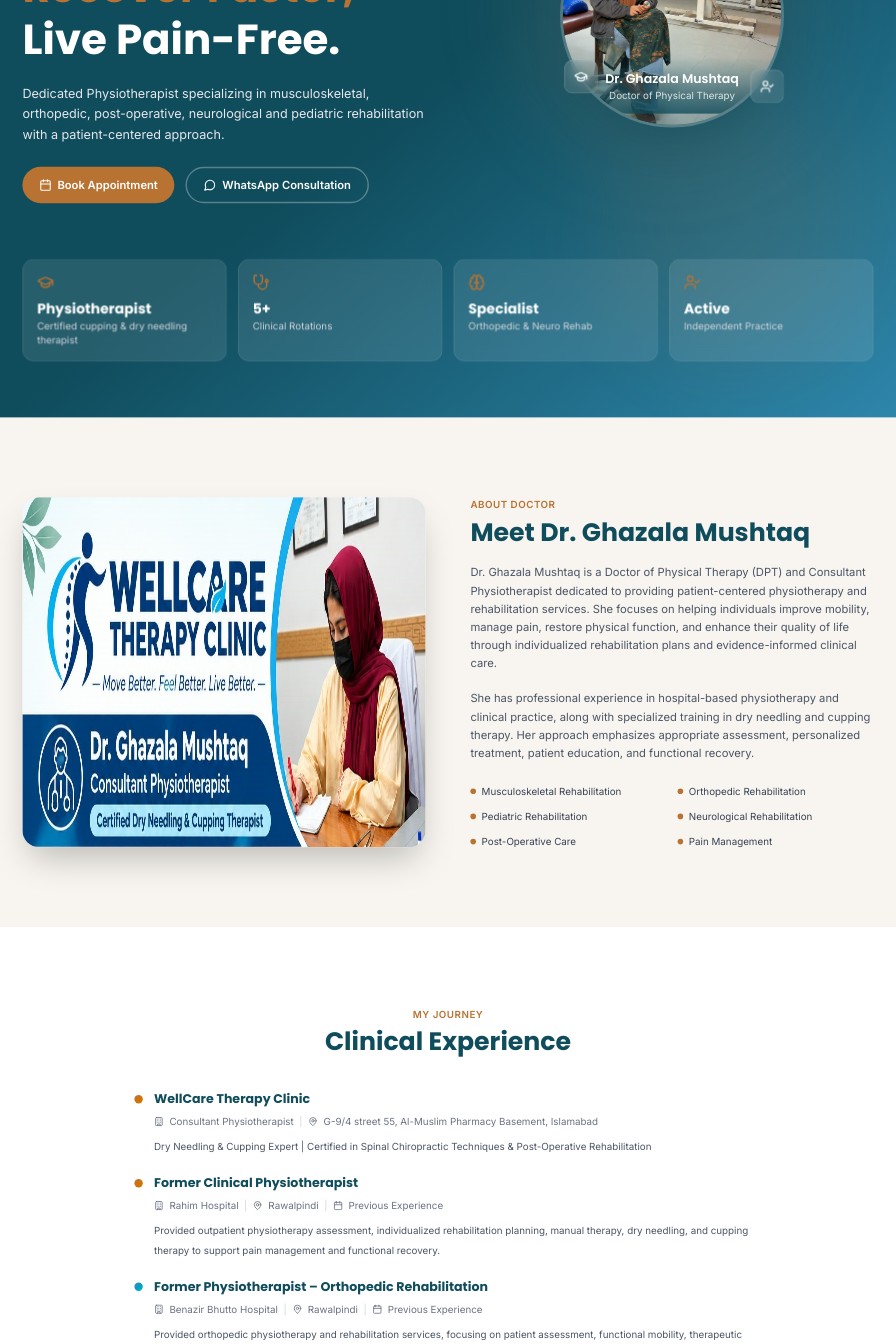
Repository: DaniGull01/dr_ghazala_mushtaq
Page: /
These files come from the project's save history. The page is drawn as it stood at one moment and after the next save; the edit follows.
The browser window is 1280 px wide. The pictures show the part of the page from y = 405 to 2325 px (the page is 12307 px tall), at 70% of full size.
The project was rebuilt for these pictures with package versions that can differ from the ones it lists, and the page was loaded fresh each time. Also part of the build but not shown: vite.config.js.

Above is the page before, as saved 2026-10-21 19:56:21.

### index.html
<!doctype html>
<html lang="en">
  <head>
    <meta charset="UTF-8" />
    <link rel="icon" type="image/svg+xml" href="/vite.svg" />
    <meta name="viewport" content="width=device-width, initial-scale=1.0" />
    <meta name="description" content="Dr. Ghazala Mushtaq - Doctor of Physical Therapy (DPT). Specializing in musculoskeletal, orthopedic, neurological and pediatric rehabilitation." />
    <meta name="keywords" content="physiotherapist, physical therapy, DPT, rehabilitation, Islamabad, Rawalpindi" />
    <link rel="preconnect" href="https://fonts.googleapis.com" />
    <link rel="preconnect" href="https://fonts.gstatic.com" crossorigin />
    <link href="https://fonts.googleapis.com/css2?family=Inter:wght@300;400;500;600;700&family=Poppins:wght@400;500;600;700;800&display=swap" rel="stylesheet" />
    <title>Dr. Ghazala Mushtaq | Doctor of Physical Therapy</title>
  </head>
  <body>
    <div id="root"></div>
    <script type="module" src="/src/main.jsx"></script>
  </body>
</html>

### src/App.jsx
import Navbar from './components/Navbar'
import Hero from './components/Hero'
import About from './components/About'
import Expertise from './components/Expertise'
import Services from './components/Services'
import Experience from './components/Experience'
import Certifications from './components/Certifications'
import Research from './components/Research'
import Skills from './components/Skills'
import Achievements from './components/Achievements'
import WhyChooseMe from './components/WhyChooseMe'
import CTA from './components/CTA'
import Contact from './components/Contact'
import Footer from './components/Footer'
import Reviews from './components/Reviews'

export default function App() {
  return (
    <div className="min-h-screen bg-white">
      <Navbar />
      <Hero />
      <About />
      <Experience />
      <Expertise />
      <Services />

      <Certifications />
      <Research />
      <Skills />
      <Achievements />
      <WhyChooseMe />
       <Reviews/>
      <CTA />
      <Contact />
      <Footer />
    </div>
  )
}

### src/index.css
@import "tailwindcss";

@theme {
  --color-deep-teal: #0F4C5C;
  --color-medical-blue: #2E86AB;
  --color-warm-copper: #B87333;
  --color-light-cream: #F8F5F0;
  --color-soft-gray: #6B7280;

  --font-heading: 'Poppins', sans-serif;
  --font-body: 'Inter', sans-serif;
}

html {
  scroll-behavior: smooth;
}

body {
  font-family: var(--font-body);
  color: #1f2937;
}

::-webkit-scrollbar {
  width: 8px;
}

::-webkit-scrollbar-track {
  background: #f1f1f1;
}

::-webkit-scrollbar-thumb {
  background: var(--color-medical-blue);
  border-radius: 4px;
}

::selection {
  background: var(--color-medical-blue);
  color: white;
}

### src/components/About.jsx
import { motion } from 'framer-motion'
import { Quote } from 'lucide-react'

const fadeUp = {
  hidden: { opacity: 0, y: 40 },
  visible: { opacity: 1, y: 0 },
}

export default function About() {
  return (
    <section id="about" className="py-20 lg:py-28 bg-light-cream">
      <div className="max-w-7xl mx-auto px-4 sm:px-6 lg:px-8">
        <div className="grid lg:grid-cols-2 gap-12 lg:gap-16 items-center">
          {/* Left - Image Placeholder */}
          <motion.div
            initial="hidden"
            whileInView="visible"
            viewport={{ once: true, margin: '-100px' }}
            variants={fadeUp}
            transition={{ duration: 0.6 }}
            className="relative"
          >
            <div className="relative rounded-3xl overflow-hidden shadow-2xl">
              <div className="w-full h-[500px]">
                <img
                  src="./About-pic.jpeg"
                  alt="Dr. Ghazala Mushtaq"
                  className="w-full h-full object-fit"
                />
                {/* Gradient overlay */}

              </div>
            </div>
            {/* Decorative elements */}
            <div className="absolute -bottom-4 -right-4 w-24 h-24 border-2 border-warm-copper/30 rounded-2xl -z-10" />
            <div className="absolute -top-4 -left-4 w-24 h-24 bg-warm-copper/10 rounded-2xl -z-10" />
          </motion.div>

          {/* Right - Content */}
          <motion.div
            initial="hidden"
            whileInView="visible"
            viewport={{ once: true, margin: '-100px' }}
            variants={fadeUp}
            transition={{ duration: 0.6, delay: 0.2 }}
          >
            <span className="text-warm-copper font-semibold text-sm tracking-wider uppercase">About Doctor</span>
            <h2 className="text-3xl lg:text-4xl font-heading font-bold text-deep-teal mt-2 mb-6">
              Meet Dr. Ghazala Mushtaq
            </h2>
            <p className="text-gray-600 leading-relaxed mb-6">
             Dr. Ghazala Mushtaq is a Doctor of Physical Therapy (DPT) and Consultant Physiotherapist dedicated to providing patient-centered physiotherapy and rehabilitation services. She focuses on helping individuals improve mobility, manage pain, restore physical function, and enhance their quality of life through individualized rehabilitation plans and evidence-informed clinical care.
            </p>
            <p className="text-gray-600 leading-relaxed mb-8">
              She has professional experience in hospital-based physiotherapy and clinical practice, along with specialized training in dry needling and cupping therapy. Her approach emphasizes appropriate assessment, personalized treatment, patient education, and functional recovery.
            </p>

            <div className="grid grid-cols-2 gap-4">
              {[
                'Musculoskeletal Rehabilitation',
                'Orthopedic Rehabilitation',
                'Pediatric Rehabilitation',
                'Neurological Rehabilitation',
                'Post-Operative Care',
                'Pain Management',
              ].map((item, i) => (
                <motion.div
                  key={item}
                  initial={{ opacity: 0, x: -20 }}
                  whileInView={{ opacity: 1, x: 0 }}
                  viewport={{ once: true }}
                  transition={{ delay: 0.3 + i * 0.1 }}
                  className="flex items-center gap-2 text-gray-700"
                >
                  <div className="w-2 h-2 rounded-full bg-warm-copper flex-shrink-0" />
                  <span className="text-sm">{item}</span>
                </motion.div>
              ))}
            </div>
          </motion.div>
        </div>
      </div>
    </section>
  )
}

### src/components/Experience.jsx

import { Building, MapPin, Calendar } from 'lucide-react'

const experiences = [
   {
    title: 'WellCare Therapy Clinic',
    org: 'Consultant Physiotherapist',
    location: 'G-9/4 street 55, Al-Muslim Pharmacy Basement, Islamabad',
    period: '',
    description:
      'Dry Needling & Cupping Expert | Certified in Spinal Chiropractic Techniques & Post-Operative Rehabilitation',
    color: 'from-warm-copper to-amber-600',
  },
  {
    period: 'Previous Experience',
    title: 'Former Clinical Physiotherapist',
    org: 'Rahim Hospital',
    location: 'Rawalpindi',
    description:
      'Provided outpatient physiotherapy assessment, individualized rehabilitation planning, manual therapy, dry needling, and cupping therapy to support pain management and functional recovery.',
    color: 'from-warm-copper to-amber-600',
  },
  {
    period: 'Previous Experience',
    title: 'Former Physiotherapist – Orthopedic Rehabilitation',
    org: 'Benazir Bhutto Hospital',
    location: 'Rawalpindi',
    description:
      'Provided orthopedic physiotherapy and rehabilitation services, focusing on patient assessment, functional mobility, therapeutic exercises, and individualized rehabilitation planning to support recovery and improve physical function.',
    color: 'from-medical-blue to-cyan-500',
  },
  {
    period: 'Nov 2025 – Mar 2026',
    title: 'Physiotherapist',
    org: 'National Institute of Rehabilitation Medicine (NIRM)',
    location: 'Islamabad',
    description:
      'Gained clinical experience in orthopedic and neurological rehabilitation, patient assessment, treatment planning, monitoring progress, and clinical documentation.',
    color: 'from-purple-500 to-violet-500',
  }
]
export default function Experience() {
  return (
    <section id="experience" className="py-20 lg:py-28 bg-white">
      <div className="max-w-7xl mx-auto px-4 sm:px-6 lg:px-8">
        <div className="text-center mb-12">
          <span className="text-warm-copper font-semibold text-sm tracking-wider uppercase">
            My Journey
          </span>

          <h2 className="text-3xl lg:text-4xl font-heading font-bold text-deep-teal mt-2">
            Clinical Experience
          </h2>
        </div>

        <div className="max-w-4xl mx-auto">
          <ul className="space-y-6">
            {experiences.map((exp) => (
              <li key={exp.title} className="flex items-start gap-4">
                <div
                  className={`mt-2 w-3 h-3 rounded-full bg-gradient-to-br ${exp.color} flex-shrink-0`}
                />

                <div className="flex-1">
                  <h3 className="text-lg font-heading font-bold text-deep-teal mb-2">
                    {exp.title}
                  </h3>

                  <div className="flex flex-wrap items-center gap-2 text-gray-500 text-sm mb-3">
                    <Building size={14} />
                    <span>{exp.org}</span>

                    {exp.location && (
                      <>
                        <span className="text-gray-300">|</span>
                        <MapPin size={14} />
                        <span>{exp.location}</span>
                      </>
                    )}

                    {exp.period && (
                      <>
                        <span className="text-gray-300">|</span>
                        <Calendar size={14} />
                        <span>{exp.period}</span>
                      </>
                    )}
                  </div>

                  <p className="text-gray-600 text-sm leading-7">
                    {exp.description}
                  </p>
                </div>
              </li>
            ))}
          </ul>
        </div>
      </div>
    </section>
  )
}

### src/components/CTA.jsx
import { motion } from 'framer-motion'
import { Calendar, MessageCircle } from 'lucide-react'

export default function CTA() {
  return (
    <section className="relative py-24 lg:py-32 overflow-hidden">
      {/* Background */}
      <div className="absolute inset-0 bg-gradient-to-br from-deep-teal via-deep-teal to-medical-blue" />

      {/* Medical Background Image */}
      <div
        className="absolute inset-0 opacity-10"
        style={{
          backgroundImage: "url('https://images.unsplash.com/photo-1576091160399-112ba8d25d1d?w=1920&q=80')",
          backgroundSize: 'cover',
          backgroundPosition: 'center',
        }}
      />

      {/* Abstract Medical Shapes */}
      <div className="absolute inset-0 opacity-10">
        <div className="absolute top-10 left-10 w-64 h-64 border border-white/30 rounded-full" />
        <div className="absolute bottom-10 right-10 w-80 h-80 border border-white/20 rounded-full" />
        <div className="absolute top-1/2 left-1/2 -translate-x-1/2 -translate-y-1/2 w-96 h-96 border border-white/10 rounded-full" />
        <div className="absolute top-20 right-20 w-48 h-48 bg-white/10 rounded-full blur-3xl" />
        <div className="absolute bottom-20 left-20 w-56 h-56 bg-warm-copper/20 rounded-full blur-3xl" />
        {/* Cross/plus medical symbols */}
        <div className="absolute top-1/4 left-1/4 text-white/20 text-6xl font-light">+</div>
        <div className="absolute bottom-1/4 right-1/4 text-white/20 text-6xl font-light">+</div>
      </div>

      <div className="relative max-w-4xl mx-auto px-4 sm:px-6 lg:px-8 text-center">
        <motion.div
          initial={{ opacity: 0, y: 30 }}
          whileInView={{ opacity: 1, y: 0 }}
          viewport={{ once: true }}
          transition={{ duration: 0.6 }}
        >
          <h2 className="text-3xl sm:text-4xl lg:text-5xl font-heading font-bold text-white mb-6 leading-tight">
            Start Your Recovery Journey Today
          </h2>
          <p className="text-gray-200 text-lg max-w-2xl mx-auto mb-10 leading-relaxed">
            Take the first step toward a pain-free, active lifestyle. Book your consultation now and experience personalized physiotherapy care.
          </p>
          <div className="flex flex-wrap justify-center gap-4">
            <a
              href="#contact"
              className="inline-flex items-center gap-2 bg-warm-copper hover:bg-warm-copper/90 text-white px-8 py-3.5 rounded-full font-semibold text-base transition-all hover:shadow-xl hover:shadow-warm-copper/30"
            >
              <Calendar size={18} />
              Book Appointment
            </a>
            <a
              href="https://wa.me/923188910400"
              target="_blank"
              rel="noopener noreferrer"
              className="inline-flex items-center gap-2 bg-white/10 hover:bg-white/20 text-white px-8 py-3.5 rounded-full font-semibold text-base transition-all border border-white/30"
            >
              <MessageCircle size={18} />
              WhatsApp Consultation
            </a>
          </div>
        </motion.div>
      </div>
    </section>
  )
}

### src/components/Reviews.jsx
import { motion } from 'framer-motion'
import ReviewsList from './ReviewsList'
import ReviewForm from './ReviewForm'

export default function Reviews() {
  return (
    <section id="reviews" className="py-20 lg:py-28 bg-light-cream">
      <div className="max-w-7xl mx-auto px-4 sm:px-6 lg:px-8">
        <motion.div
          initial={{ opacity: 0, y: 30 }}
          whileInView={{ opacity: 1, y: 0 }}
          viewport={{ once: true }}
          transition={{ duration: 0.6 }}
          className="text-center mb-16"
        >
          <span className="text-warm-copper font-semibold text-sm tracking-wider uppercase">
            Patient Feedback
          </span>
          <h2 className="text-3xl lg:text-4xl font-heading font-bold text-deep-teal mt-2">
            What Patients Say
          </h2>
          <p className="text-gray-500 mt-4 max-w-2xl mx-auto">
            Real experiences from people who've completed treatment
          </p>
        </motion.div>

        <div className="grid lg:grid-cols-5 gap-8 items-start">
          {/* Reviews take more visual weight — social proof first */}
          <div className="lg:col-span-3">
            <ReviewsList />
          </div>
          <div className="lg:col-span-2 lg:sticky lg:top-24">
            <ReviewForm />
          </div>
        </div>
      </div>
    </section>
  )
}

Loaded but not shown: src/main.jsx (common file); src/components/Contact.jsx (258 lines, source omitted); src/components/Services.jsx (236 lines, source omitted); src/components/ReviewsList.jsx (208 lines, source omitted); src/components/ReviewForm.jsx (196 lines, source omitted); src/components/Hero.jsx (137 lines, source omitted); src/components/Navbar.jsx (142 lines, source omitted); src/components/Expertise.jsx (134 lines, source omitted); src/components/Achievements.jsx (101 lines, source omitted); src/components/Footer.jsx (106 lines, source omitted); src/components/Certifications.jsx (111 lines, source omitted); src/components/Research.jsx (82 lines, source omitted); src/components/WhyChooseMe.jsx (90 lines, source omitted); src/components/Skills.jsx (96 lines, source omitted)

After the next save:
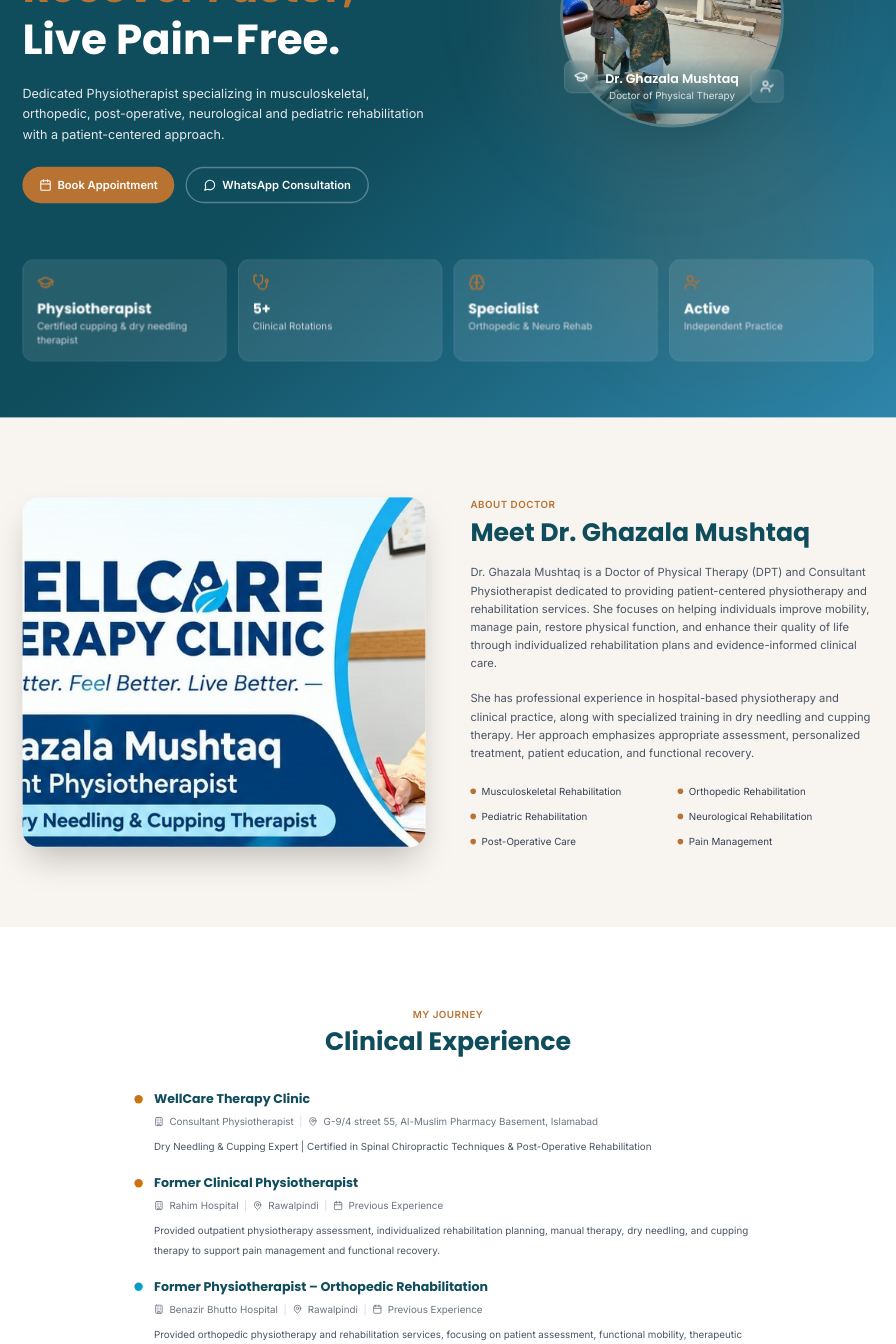
Saved 22 s later.
--- a/src/components/About.jsx
+++ b/src/components/About.jsx
@@ -25,7 +25,7 @@
                 <img
                   src="./About-pic.jpeg"
                   alt="Dr. Ghazala Mushtaq"
-                  className="w-full h-full object-fit"
+                  className="w-full h-full object-cover"
                 />
                 {/* Gradient overlay */}
 

After the save that followed:
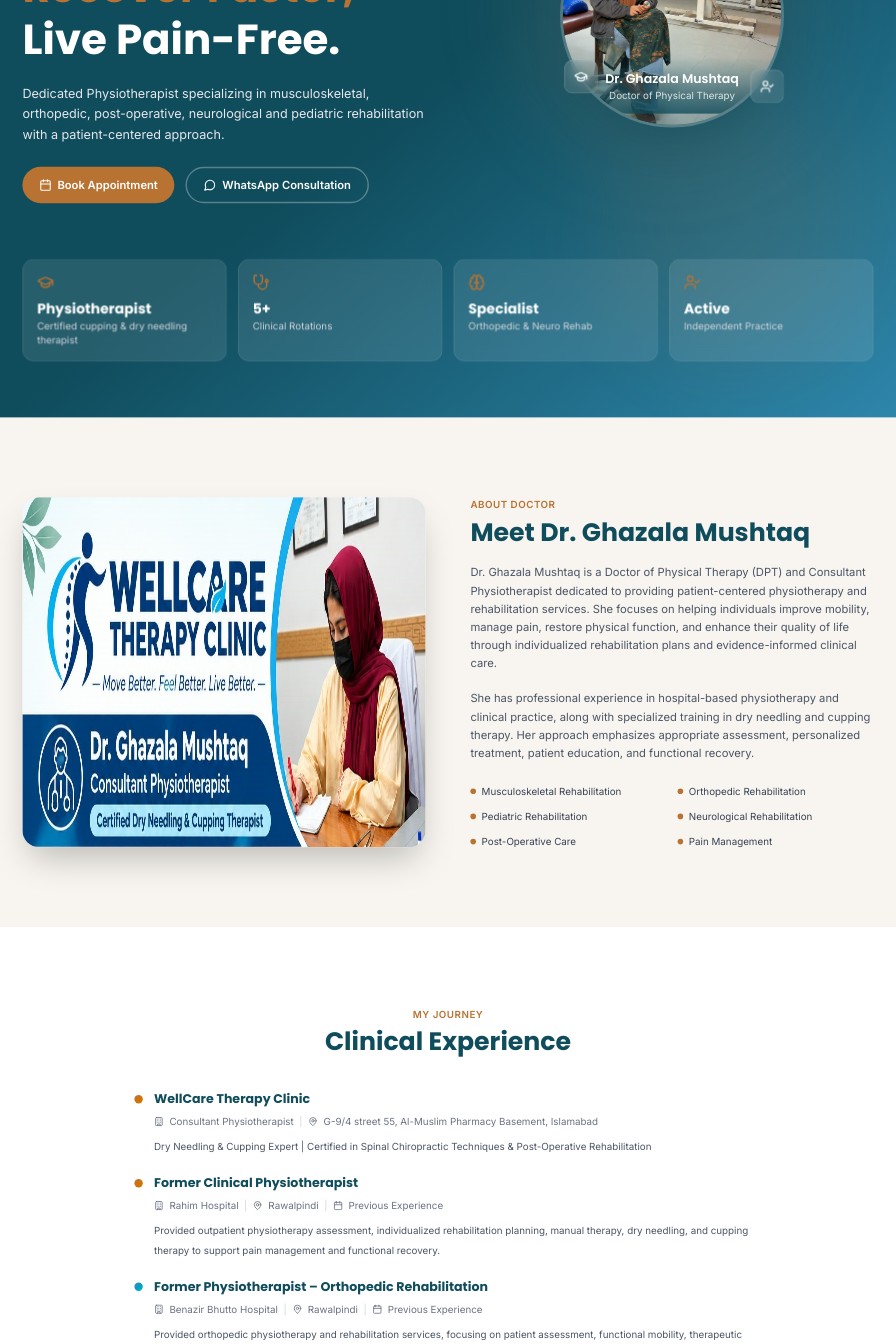
Saved 13 s later.
--- a/src/components/About.jsx
+++ b/src/components/About.jsx
@@ -25,7 +25,7 @@
                 <img
                   src="./About-pic.jpeg"
                   alt="Dr. Ghazala Mushtaq"
-                  className="w-full h-full object-cover"
+                  className="w-full h-full object-fill"
                 />
                 {/* Gradient overlay */}
 
